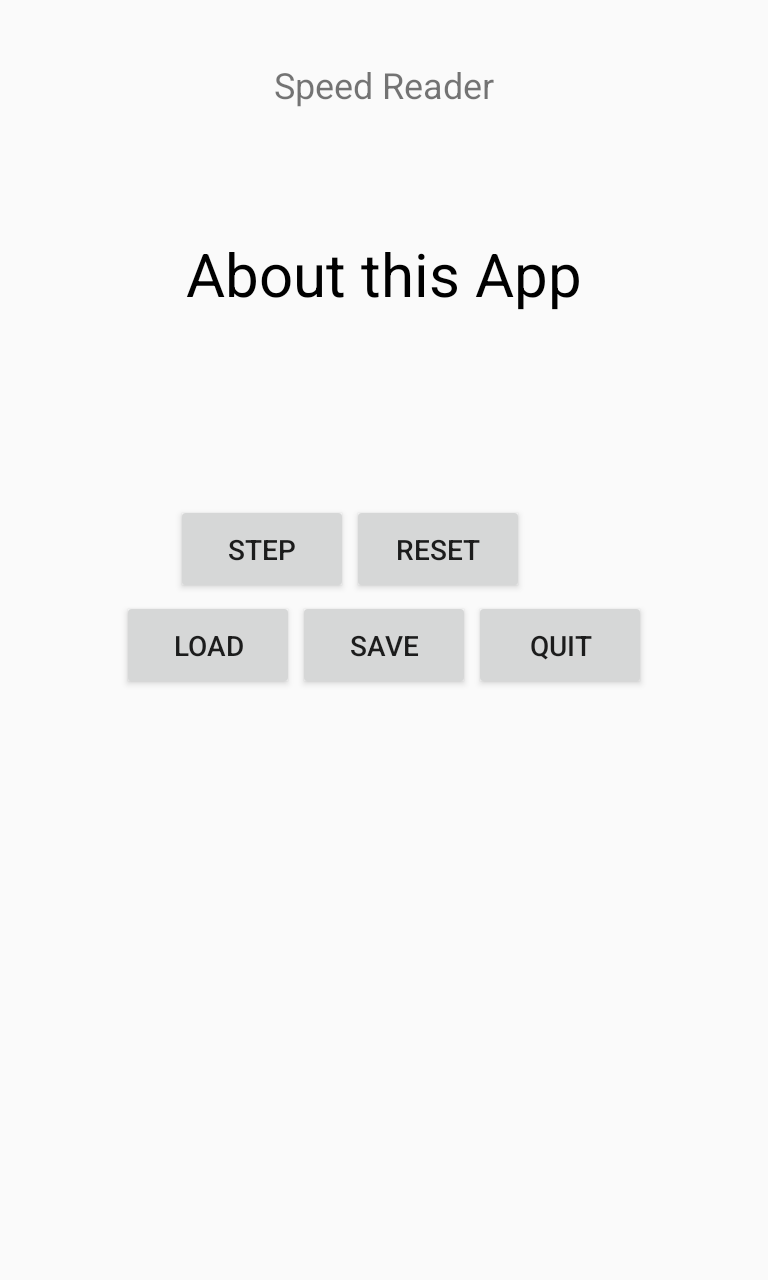
Repository: hdemby/workspace
Layout: Reader/res/layout/activity_main.xml
An editor plug-in stored every save of this project. The layout is shown before and after the next save, followed by the edit.
It is drawn on a 768 x 1280 px phone screen (xhdpi) without system bars, with theme AppTheme; the app's code is not run.

Above is the layout before, as saved 2014-12-04 18:41:08.

After the next save:
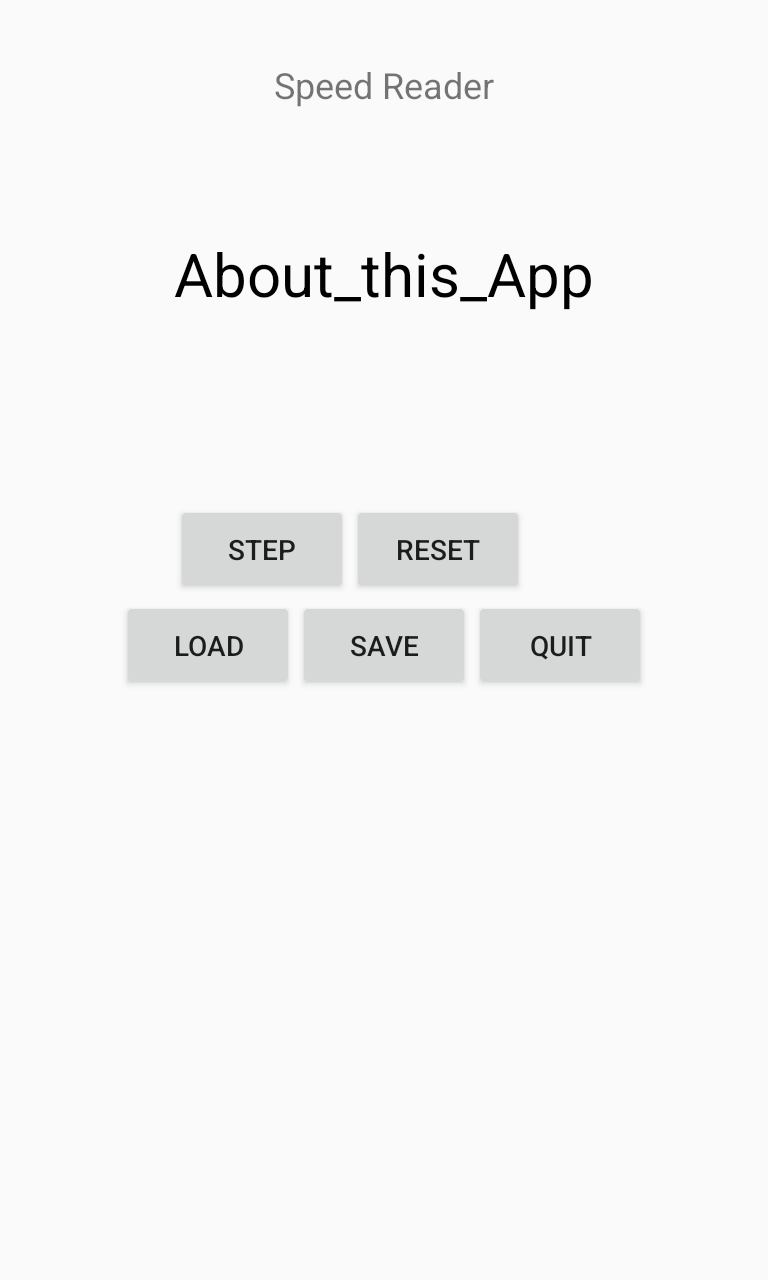
Saved 10 min 32 s later.
--- a/Reader/res/values/strings.xml
+++ b/Reader/res/values/strings.xml
@@ -4,7 +4,7 @@
     <string name="app_name">Reader</string>
     <string name="hello_world">Speed Reader</string>
     <string name="action_settings">Settings</string>
-    <string name="display_text">About this App</string>
+    <string name="display_text">About_this_App</string>
     <string name="content_text">The content of a text source will be displayed one word at a time to facilitate
         speed reading using the \'spritz\' method. I hope to include text from the course
         lectures that have been saved as a resource to provide selectable content for this app if time allows.
